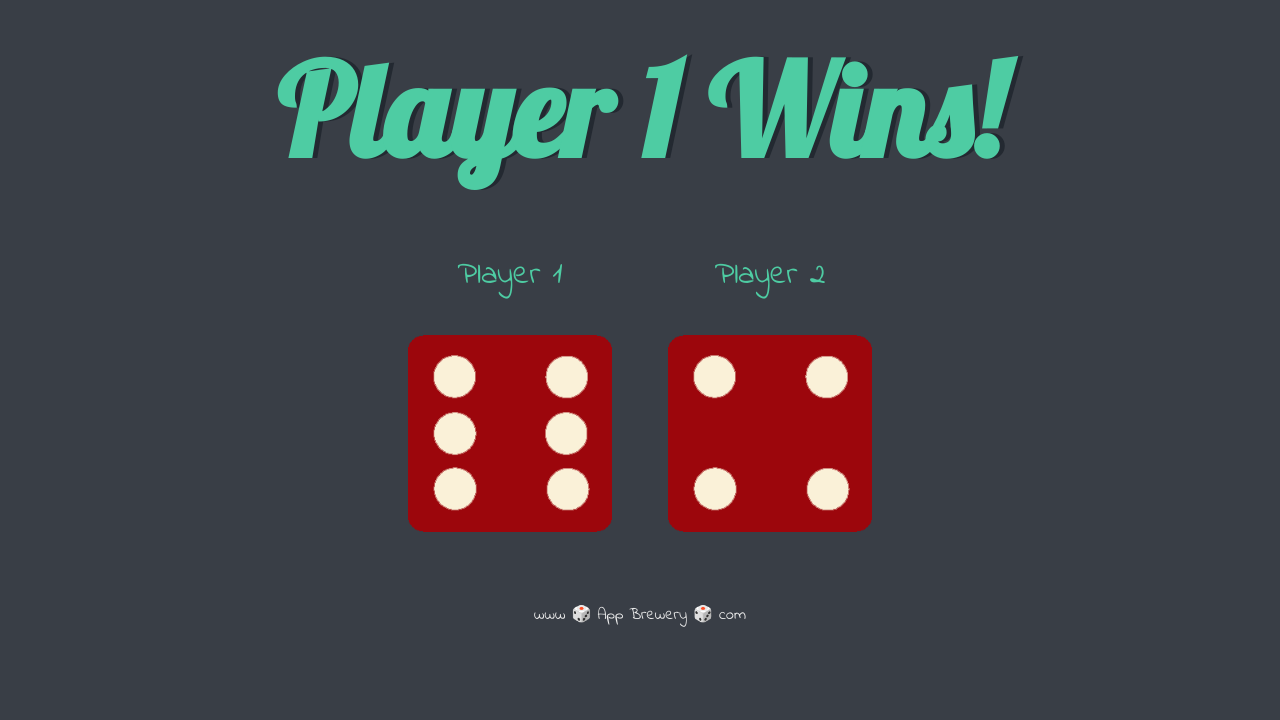
Repository: joseph27choi/Simple-Dice-Game
Page: dicee.html
An editor plug-in stored every save of this project. The page is shown before and after the next save, followed by the edit.
The browser window is 1280 px wide. The pictures show the whole page.

Above is the page before, as saved 2023-02-23 12:36:33.

### dicee.html
<!DOCTYPE html>
<html lang="en" dir="ltr">
  <head>
    <meta charset="utf-8">
    <title>Dicee</title>
    <link rel="stylesheet" href="styles.css">
    <link href="https://fonts.googleapis.com/css?family=Indie+Flower|Lobster" rel="stylesheet">
    <script src="index.js" defer></script>
  </head>
  <body>

    <div class="container">
      <h1>Refresh Me</h1>

      <div class="dice">
        <p>Player 1</p>
        <img class="img1" src="images/dice6.png">
      </div>

      <div class="dice">
        <p>Player 2</p>
        <img class="img2" src="images/dice6.png">
      </div>

    </div>


  </body>

  <footer>
    www 🎲 App Brewery 🎲 com
  </footer>
</html>

### index.js


var randomNumber1 = Math.random();
var randomNumber2 = Math.random();

randomNumber1 = Math.round(randomNumber1 * 5 + 1);
randomNumber2 = Math.round(randomNumber2 * 5 + 1);


document.getElementsByClassName("img1")[0].setAttribute("src", "images/dice" + randomNumber1 + ".png");
document.getElementsByClassName("img2")[0].setAttribute("src", "images/dice" + randomNumber2 + ".png");

if (randomNumber1 > randomNumber2)
{
    document.querySelector("h1").innerHTML = " Player 1 Wins!";
}
else if (randomNumber2 > randomNumber1)
{
    document.querySelector("h1").innerHTML = "Player 2 Wins!";
}
else
{
    document.querySelector("h1").innerHTML = "Draw!";
}

Loaded but not shown: styles.css (common file)

After the next save:
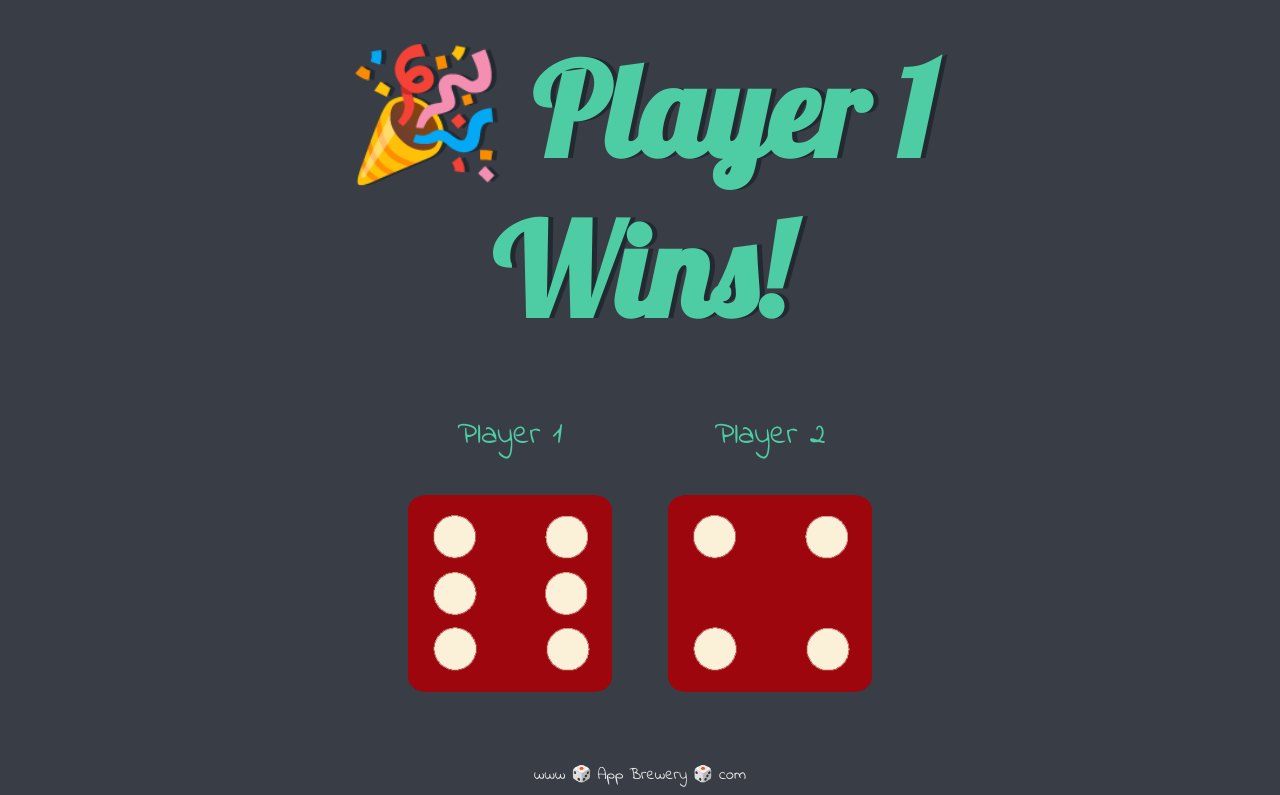
Saved 19 s later.
--- a/index.js
+++ b/index.js
@@ -12,7 +12,7 @@ document.getElementsByClassName("img2")[0].setAttribute("src", "images/dice" + r
 
 if (randomNumber1 > randomNumber2)
 {
-    document.querySelector("h1").innerHTML = " Player 1 Wins!";
+    document.querySelector("h1").innerHTML = "🎉 Player 1 Wins!";
 }
 else if (randomNumber2 > randomNumber1)
 {
